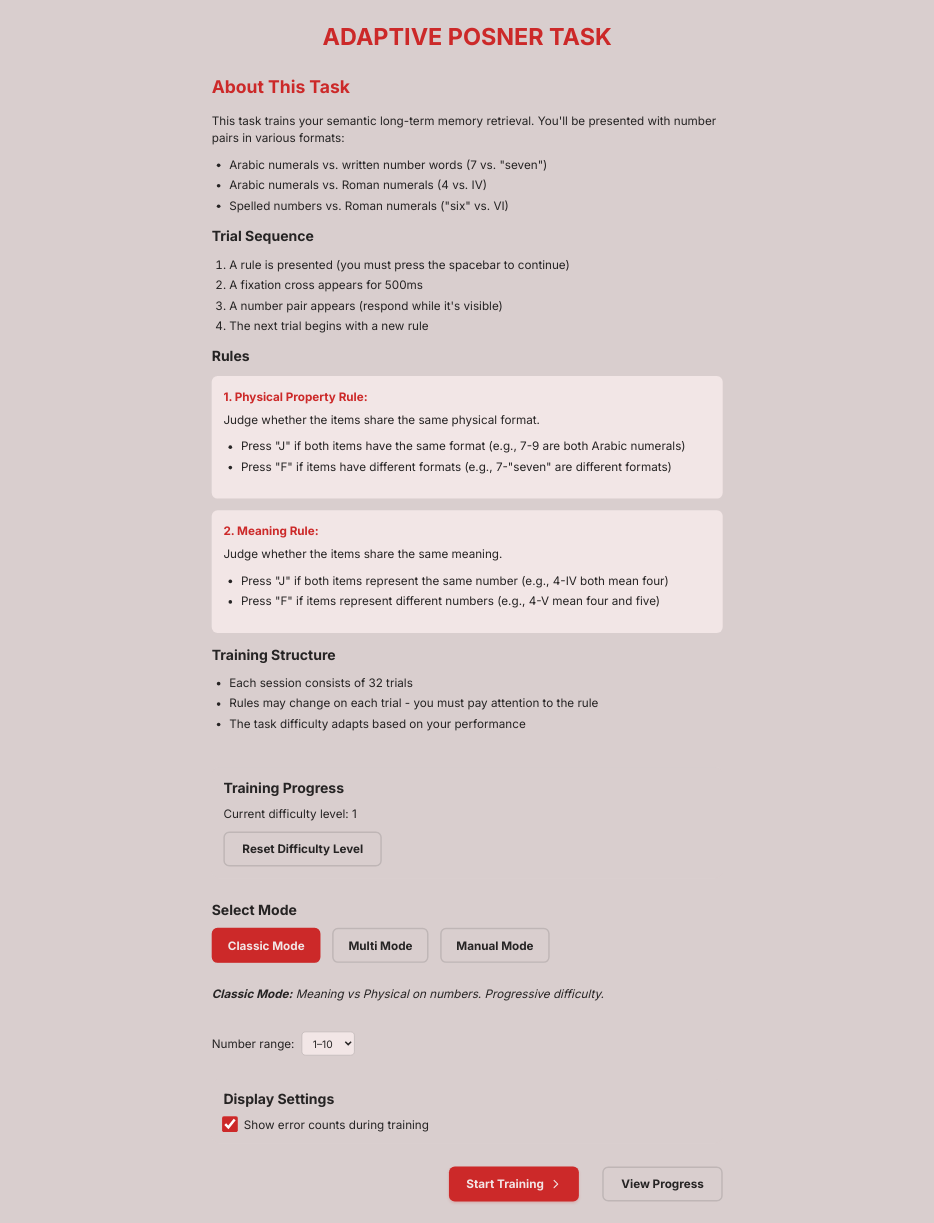
Repository: dolev765/braintrainepson
Page: index.html
An editor plug-in stored every save of this project. The page is shown before and after the next save, followed by the edit.
The browser window is 1280 px wide. The pictures show the whole page, at 73% of full size.

Above is the page before, as saved 2025-10-15 22:48:39.
Console error: SyntaxError: Unexpected token 'export'

After the next save:
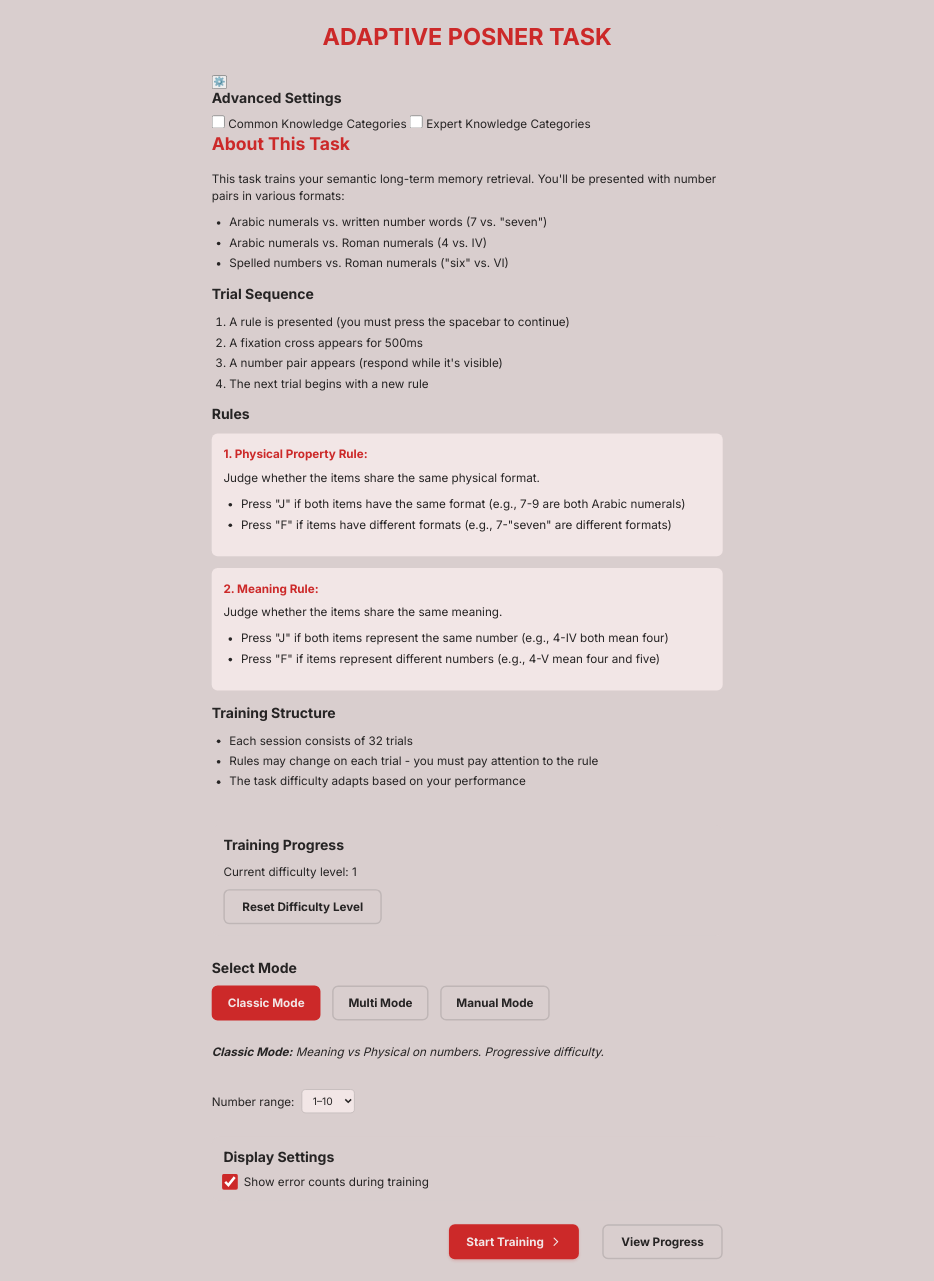
Saved 13 s later.
--- a/index.html
+++ b/index.html
@@ -20,6 +20,16 @@
         <header>
             <h1>ADAPTIVE POSNER TASK</h1>
         </header>
+
+        <!-- Settings Button -->
+        <button id="settingsToggle" class="settings-icon-btn">⚙️</button>
+        <div id="settingsPanel" class="settings-panel hidden">
+            <h3>Advanced Settings</h3>
+            <div class="settings-group">
+                <label><input type="checkbox" id="tier2Toggle"> Common Knowledge Categories</label>
+                <label><input type="checkbox" id="tier3Toggle"> Expert Knowledge Categories</label>
+            </div>
+        </div>
 
         <!-- Description Screen -->
         <div id="descriptionScreen" class="screen active">

After the save that followed:
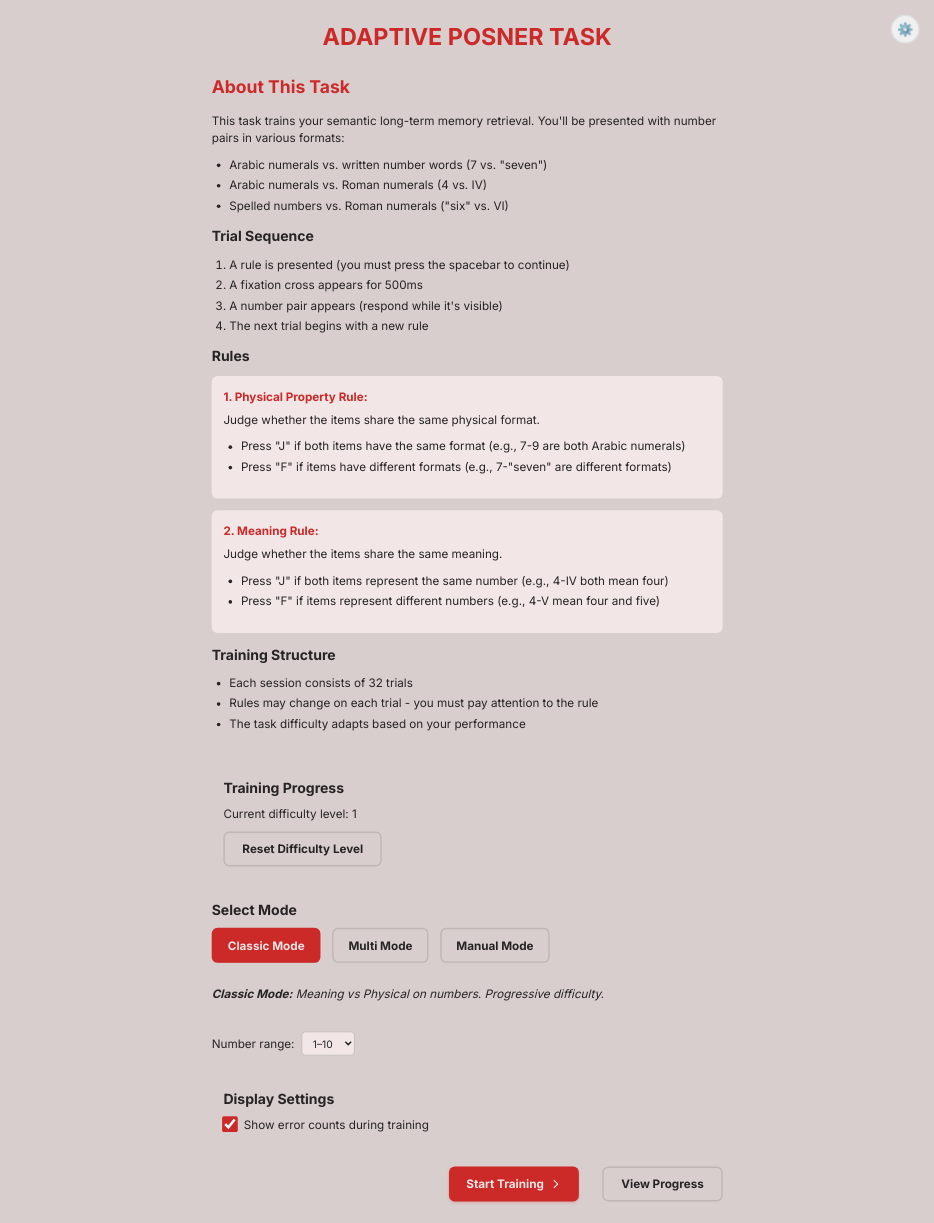
Saved 15 s later.
--- a/css/main.css
+++ b/css/main.css
@@ -387,3 +387,70 @@ li {
     height: 3px;
     border-radius: 2px;
 }
+
+/* Settings Button and Panel */
+.settings-icon-btn {
+    position: fixed;
+    top: 20px;
+    right: 20px;
+    width: 40px;
+    height: 40px;
+    border-radius: 50%;
+    background: #f0f0f0;
+    border: 2px solid #ddd;
+    cursor: pointer;
+    font-size: 18px;
+    display: flex;
+    align-items: center;
+    justify-content: center;
+    z-index: 1000;
+    transition: all 0.3s ease;
+}
+
+.settings-icon-btn:hover {
+    background: #e0e0e0;
+    border-color: #ccc;
+    transform: scale(1.1);
+}
+
+.settings-panel {
+    position: fixed;
+    top: 70px;
+    right: 20px;
+    background: white;
+    border: 2px solid #ddd;
+    border-radius: 8px;
+    padding: 20px;
+    min-width: 250px;
+    box-shadow: 0 4px 12px rgba(0,0,0,0.15);
+    z-index: 999;
+    transition: all 0.3s ease;
+}
+
+.settings-panel.hidden {
+    display: none;
+}
+
+.settings-panel h3 {
+    margin: 0 0 15px 0;
+    font-size: 16px;
+    color: #333;
+}
+
+.settings-group {
+    display: flex;
+    flex-direction: column;
+    gap: 10px;
+}
+
+.settings-group label {
+    display: flex;
+    align-items: center;
+    gap: 8px;
+    font-size: 14px;
+    cursor: pointer;
+}
+
+.settings-group input[type="checkbox"] {
+    margin: 0;
+}
